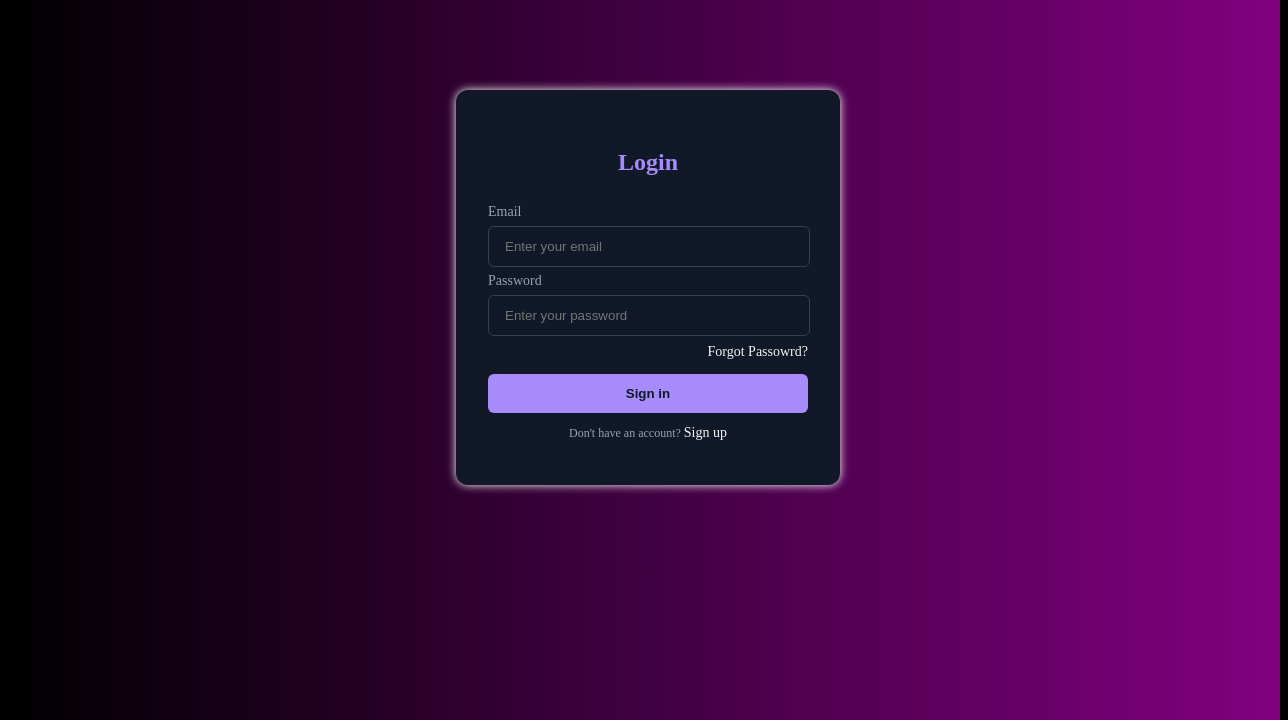
Repository: PeruriNaresh/Bank_Project
Page: http://localhost/bank_project/
The author's editor kept a copy of each file at every save. The page is drawn from the files as they stood at one save, then again after the next save.
The browser window is 1280 px wide. The page is 1288 px wide, so the pictures cover 1288 px, including what lies to the right of the window. The pictures show the whole page.
The page is served by Tomcat 9.

Above is the page before, as saved 2024-10-27 05:50:45.

After the next save:
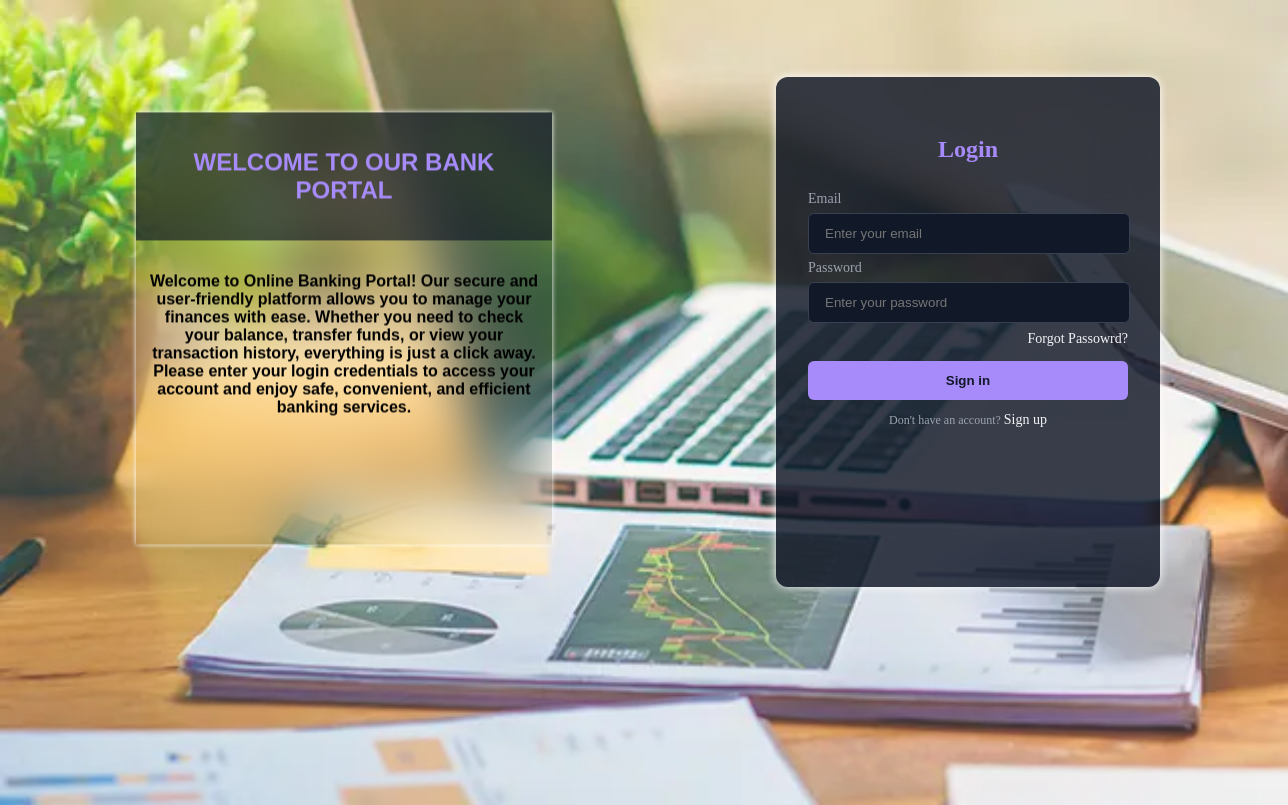
Saved 2 h 17 min later.
--- a/bank_project/src/main/webapp/index.jsp
+++ b/bank_project/src/main/webapp/index.jsp
@@ -8,20 +8,23 @@
         body
         {
             width: 100%;
-            height: 100%;
+            height: 100vh;
             overflow: hidden;
-            background: linear-gradient(to right, black, purple );
-        }
-        .form-container {
+            position: relative;
+            background-image: url(./bank.jpg);
+            background-size: cover;
+        }
+        .form-container{
         width: 25vw;
+        height: 62vh;
         border-radius: 0.75rem;
-        background-color: rgba(17, 24, 39, 1);
+        background-color: rgba(17, 24, 39, 0.829);
+        position: relative;
         padding: 2rem;
         color: rgba(243, 244, 246, 1);
-        margin: 7% 35%;
+        margin: 6% 60%;
         box-shadow: 0px 0px 10px white;
         }
-
         .title {
         text-align: center;
         color:  rgba(167, 139, 250, 1);
@@ -136,7 +139,35 @@
         line-height: 1rem;
         color: rgba(156, 163, 175, 1);
         }
-
+        #left
+        {
+            height: 100vh;
+            width: 65%;
+            position: absolute;
+            transform: translateY(-13vh);
+            text-align: center;
+            font-family: Arial, Helvetica, sans-serif;
+        }
+        #left div
+        {
+            width: 50%;
+            height: 60%;
+            margin-left: 10vw;
+            margin-top: 18vh;
+            backdrop-filter: blur(25px);
+            box-shadow: 0px 0px 5px white;
+        }
+        #left div>h2
+        {
+            padding: 5vh;
+            background-color: rgba(17, 24, 39, 0.674);
+            color:  rgba(167, 139, 250, 1);
+        }
+        #left div>h4
+        {
+            padding: 10px;
+            color:  black;
+        }
     </Style>
     <title>Login</title>
     <script type="text/javascript">
@@ -150,6 +181,12 @@
     </script>
 </head>
 <body>
+	<div id="left">
+        <div>
+            <h2>WELCOME TO OUR BANK PORTAL</h2>
+            <h4>Welcome to Online Banking Portal! Our secure and user-friendly platform allows you to manage your finances with ease. Whether you need to check your balance, transfer funds, or view your transaction history, everything is just a click away. Please enter your login credentials to access your account and enjoy safe, convenient, and efficient banking services.</h4>
+        </div>
+    </div>
     <div class="form-container">
         <p class="title">Login</p>
         <form class="form" action="signin" method="post">
